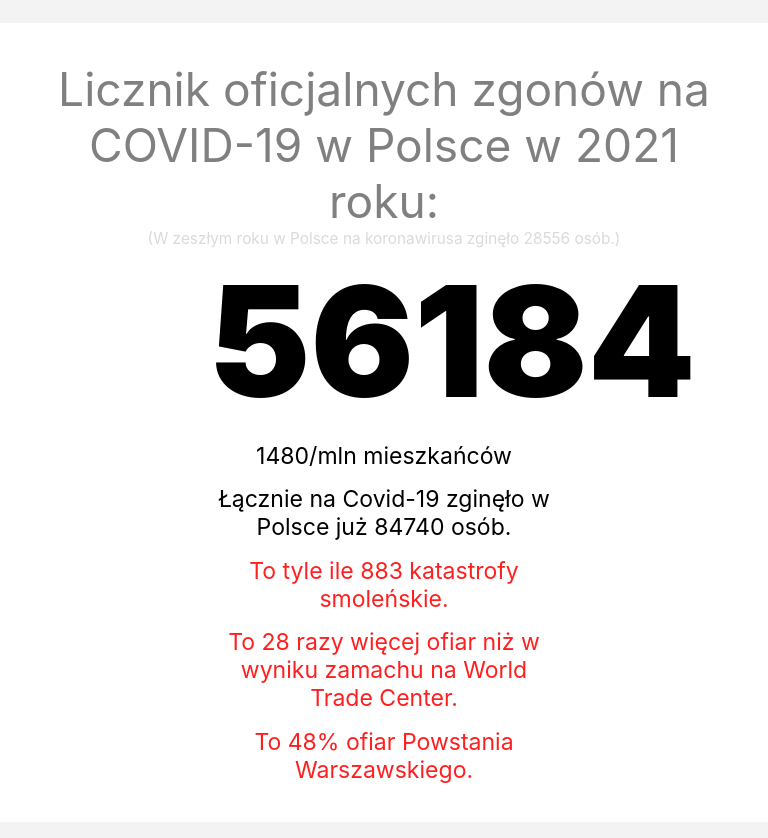
Repository: michalgornicki/poland-covid
Page: /
An editor plug-in stored every save of this project. The page is shown before and after the next save, followed by the edit.
The browser window is 768 px wide. The pictures show the whole page.
The project was rebuilt for these pictures with package versions that can differ from the ones it lists, and the page was loaded fresh each time.

Above is the page before, as saved 2021-12-04 19:52:25.

After the next save:
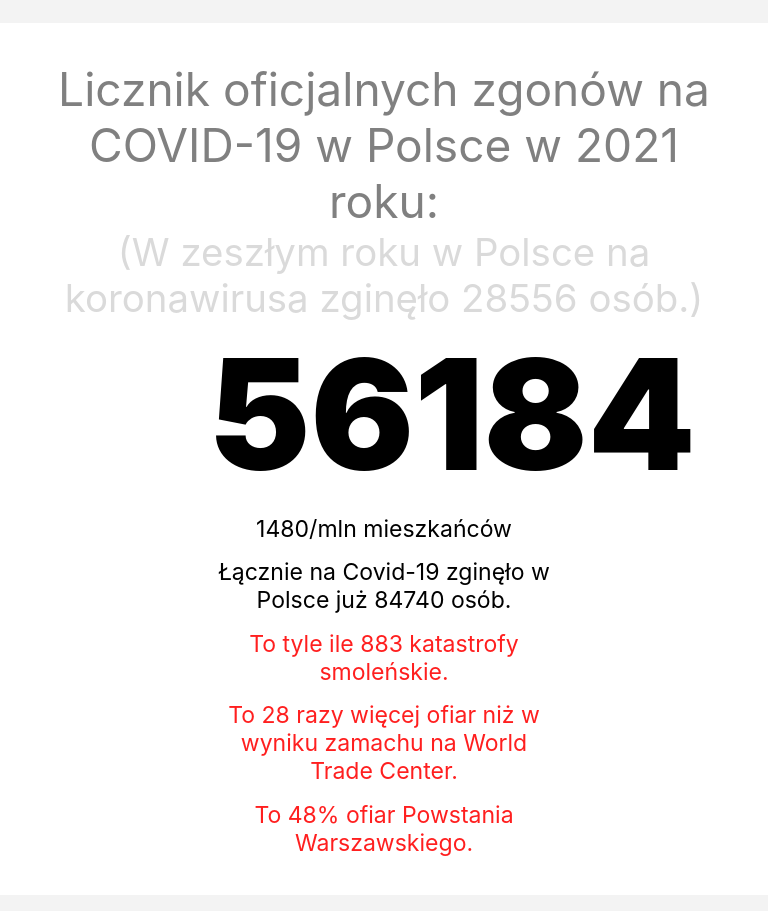
Saved 10 s later.
--- a/src/App.css
+++ b/src/App.css
@@ -89,7 +89,7 @@ body{
     }
 
     .header-2{
-        font-size: 2vmin;
+        font-size: 5vmin;
         display: block;
         margin: auto;
         width: 100%;
